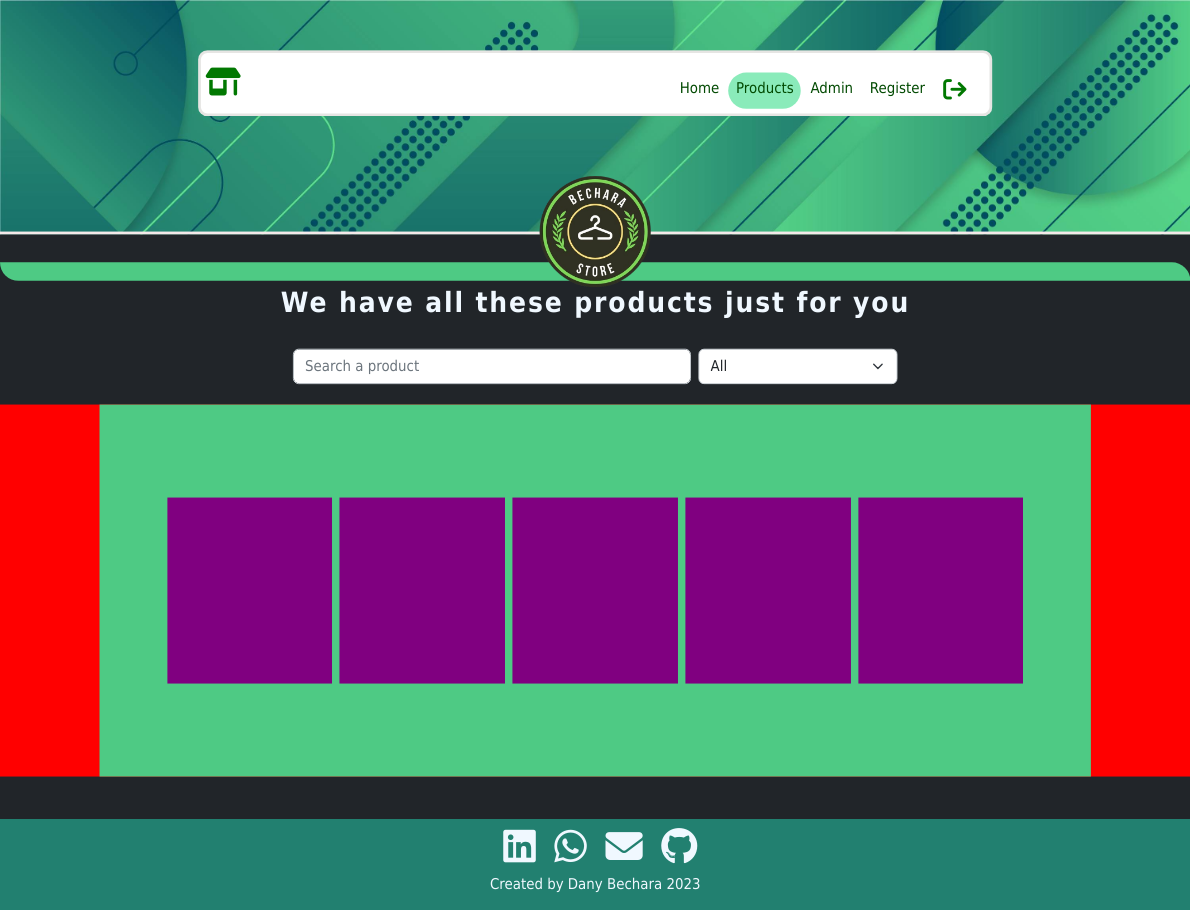
Repository: bechara611/becharastore
Page: /Products
The author's editor kept a copy of each file at every save. The page is drawn from the files as they stood at one save, then again after the next save.
The browser window is 1280 px wide. The pictures show the whole page, at 93% of full size.
Backgrounds fixed to the window are drawn as part of the page. The project was rebuilt for these pictures with package versions that can differ from the ones it lists, and the page was loaded fresh each time. Some packages were replaced by stand-ins written for this rebuild. Also part of the build but not shown: src/hooks/useAuth.jsx, src/hooks/useForm.jsx, src/Auth/components/LoginAndRegister.css, src/Auth/components/Login.jsx, src/Auth/components/Register.jsx, src/UI/helper/ElementoActivo.js, src/UI/Components/FormularioContacto.css, src/UI/Components/FormularioContacto.jsx and 1 more.

Above is the page before, as saved 2023-02-02 08:56:48.

After the next save:
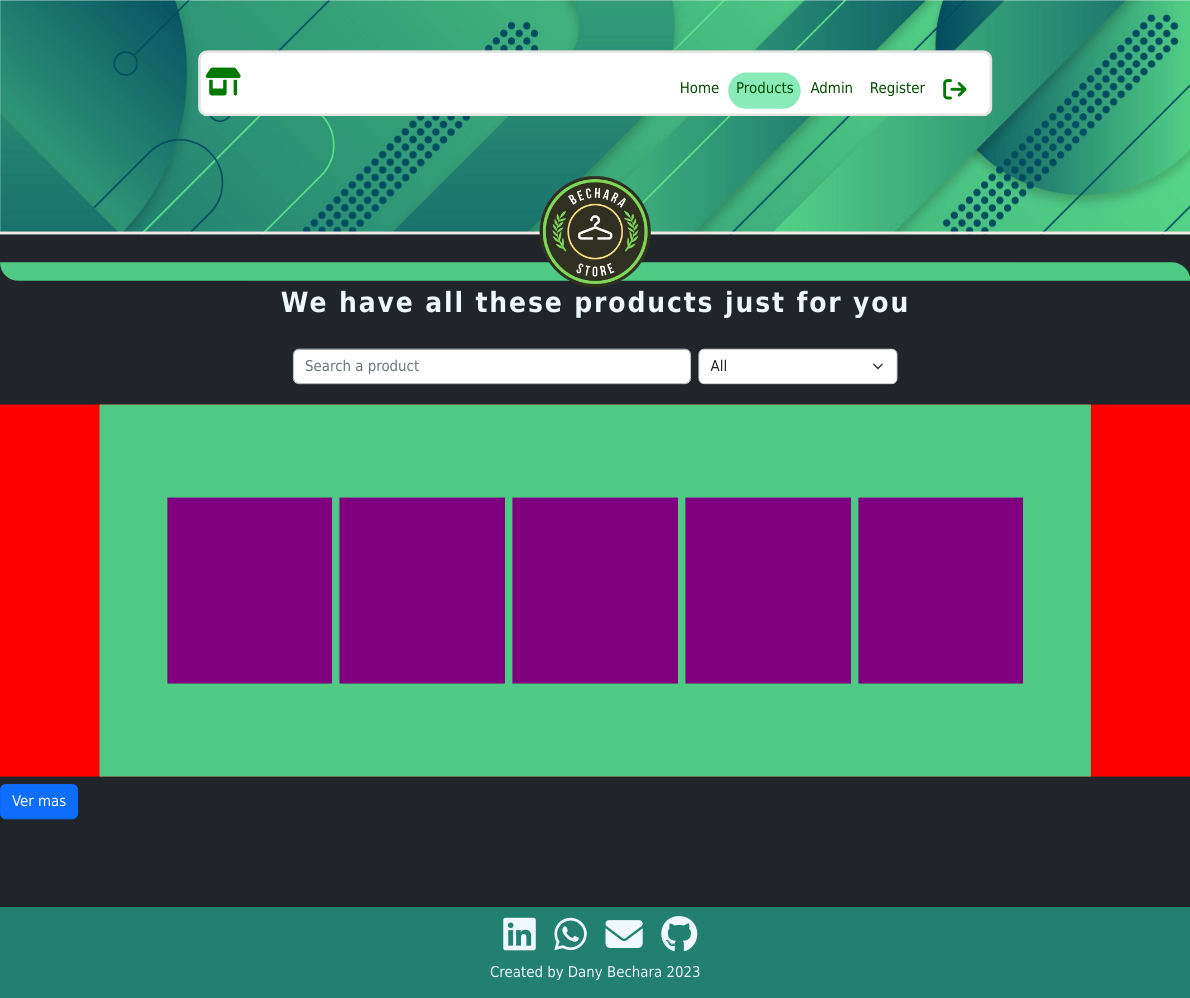
Saved 51 s later.
--- a/src/Products/components/ListadoProductos.jsx
+++ b/src/Products/components/ListadoProductos.jsx
@@ -64,6 +64,9 @@ export const ListadoProductos = () => {
                         <div className="col-2 contenedor-producto-hijoJr fondito2 m-1"></div>
                     </div>
                 </div>
+                <div className="row mt-2 mb-5">
+                <div className="col-12 contenedor-vermas"><button className='btn btn-primary'>Ver mas</button></div>
+                </div>
             </div>
 
         </>
